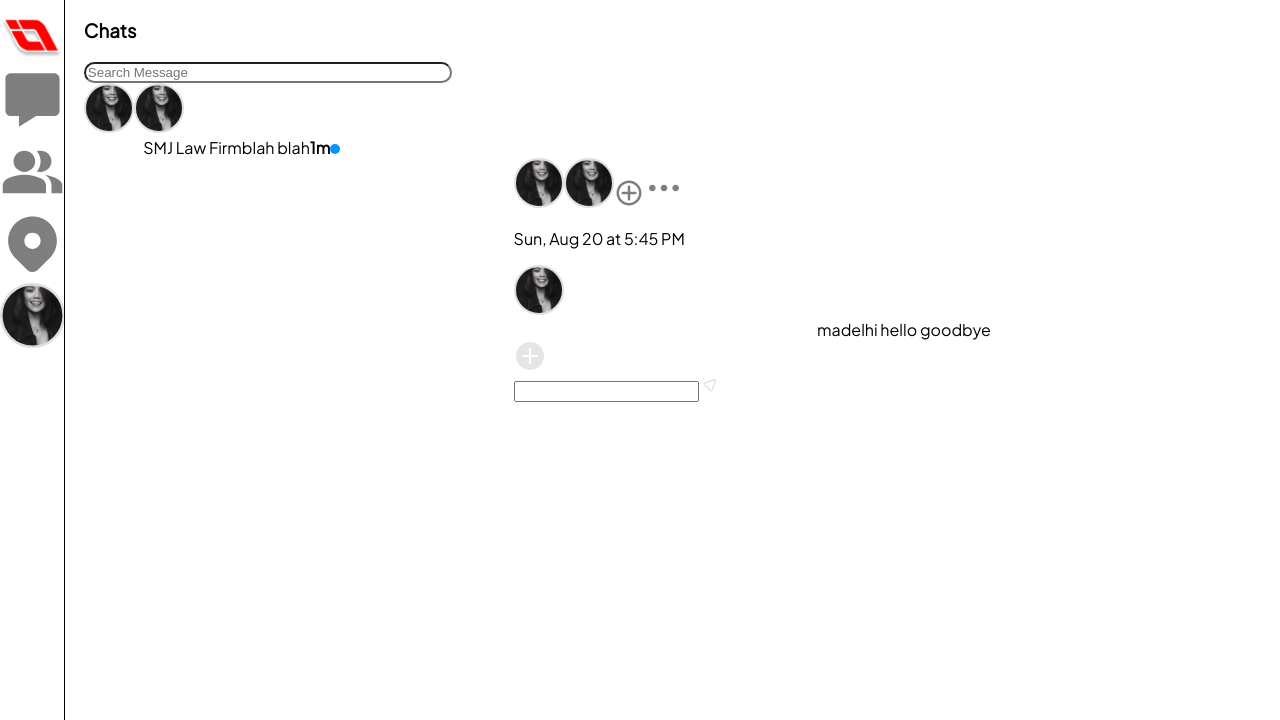
Repository: Nicktacku/LawChat
Page: /homechat (app in frontend/lawchat/)
An editor plug-in stored every save of this project. The page is shown before and after the next save, followed by the edit.
The browser window is 1280 px wide. The pictures show the whole page.
The project was rebuilt for these pictures with package versions that can differ from the ones it lists, and the page was loaded fresh each time. Also part of the build but not shown: frontend/lawchat/src/styles/button.css, frontend/lawchat/src/components/Button.js, frontend/lawchat/src/pages/Home.js, frontend/lawchat/src/pages/Login.js, frontend/lawchat/src/styles/chatpreview.css, frontend/lawchat/src/pages/Test.js.

Above is the page before, as saved 2024-08-15 14:31:41.

After the next save:
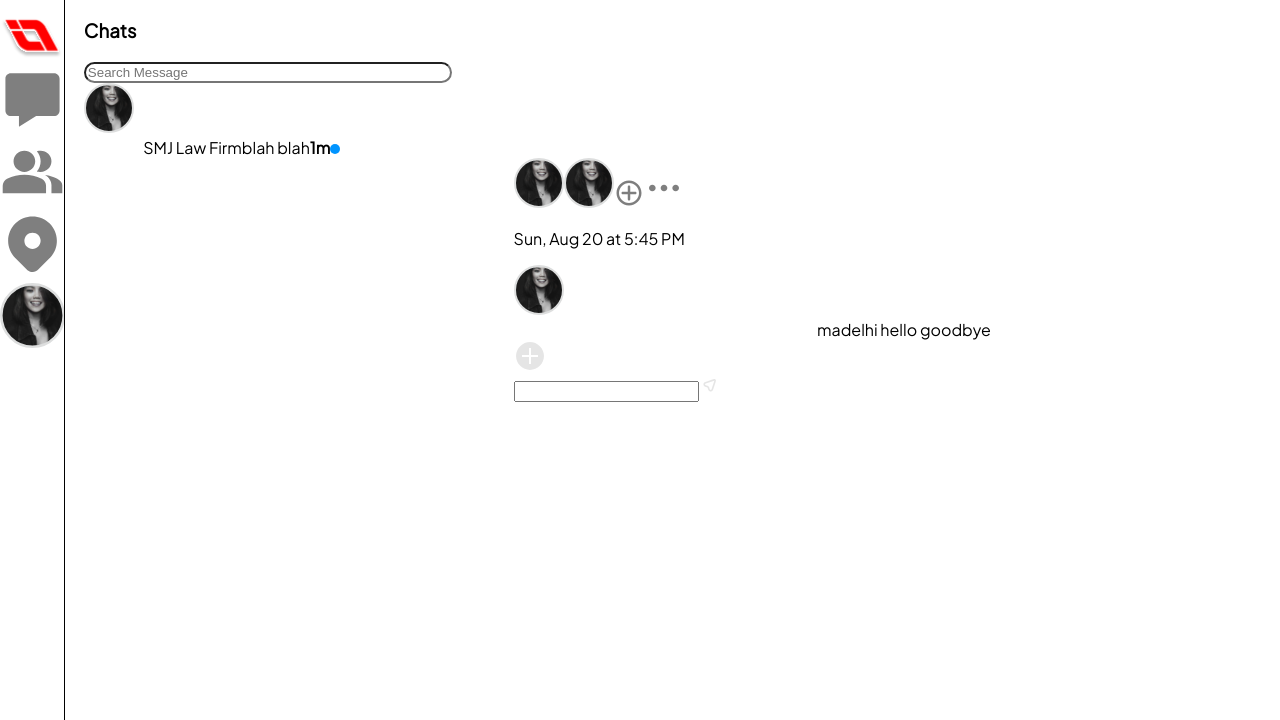
Saved 114 s later.
--- a/frontend/lawchat/src/components/ChatPreview.js
+++ b/frontend/lawchat/src/components/ChatPreview.js
@@ -8,7 +8,6 @@ function ChatPreview(props) {
   return (
     <div className="container">
       <div className="images">
-        <img src={personaldp} />
         <img src={personaldp} />
       </div>
       <div className="body">
